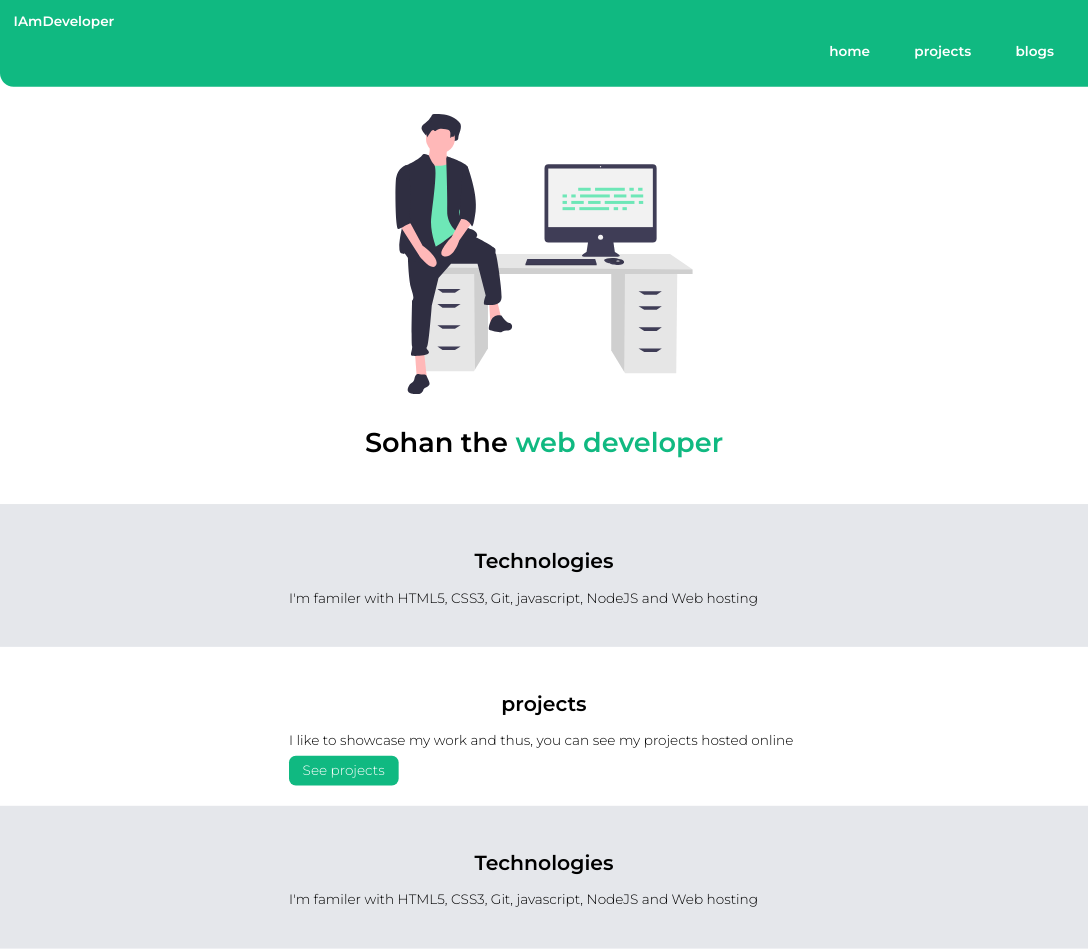
Repository: sohan2503001/Portfolio
Page: index.html
An editor plug-in stored every save of this project. The page is shown before and after the next save, followed by the edit.
The browser window is 1280 px wide. The pictures show the whole page, at 85% of full size.

Above is the page before, as saved 2021-03-27 19:02:53.

After the next save:
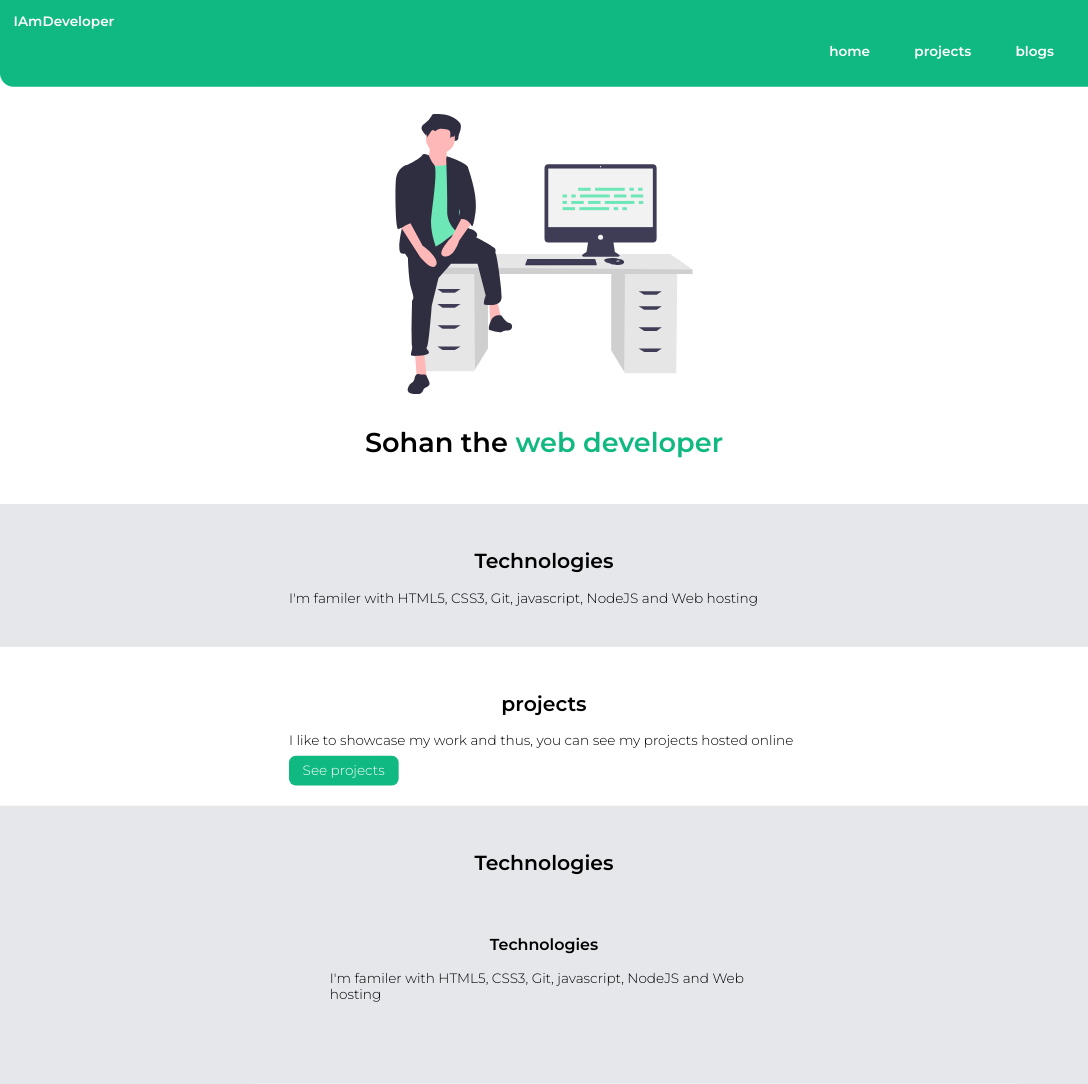
Saved 5 s later.
--- a/index.html
+++ b/index.html
@@ -46,7 +46,12 @@
     <section class="section ow">
         <div class="container container-center">
             <h1>Technologies</h1>
-            <p>I'm familer with HTML5, CSS3, Git, javascript, NodeJS and Web hosting</p>
+            <p><section class="section ow">
+                <div class="container container-center">
+                    <h1>Technologies</h1>
+                    <p>I'm familer with HTML5, CSS3, Git, javascript, NodeJS and Web hosting</p>
+                </div>
+            </section></p>
         </div>
     </section>
 
